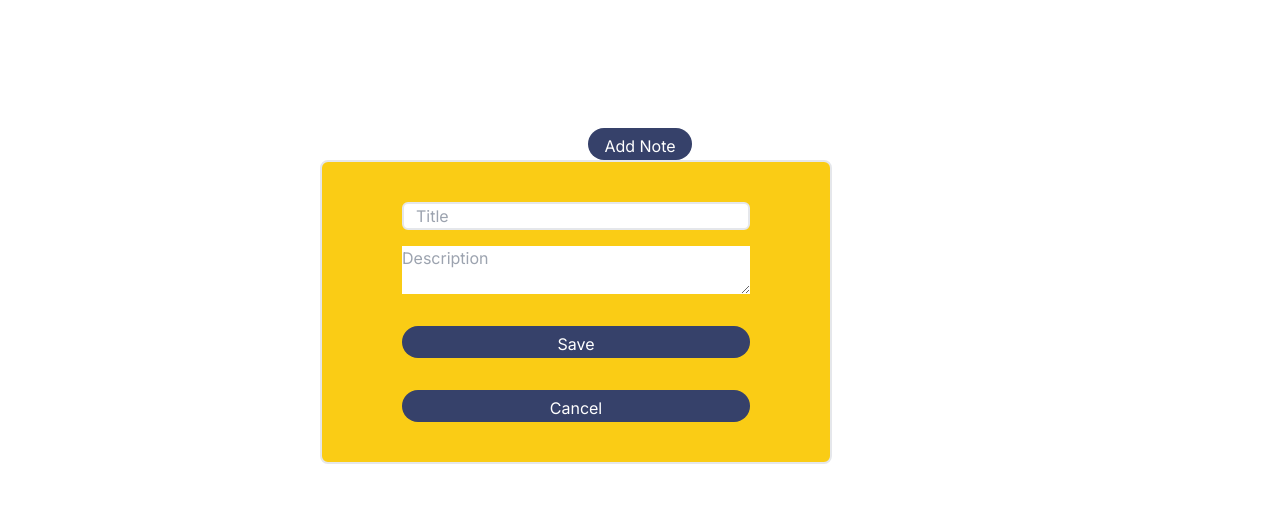
Repository: drumsmanku/next-and-nest-note-taker
Page: / (app in client/), after clicking the first element matching `button.px-4`
The author's editor kept a copy of each file at every save. The page is drawn from the files as they stood at one save, then again after the next save.
The browser window is 1280 px wide. The pictures show the whole page.
The page's requests for data from a server got no answer. The project was rebuilt for these pictures with package versions that can differ from the ones it lists, and the page was loaded fresh each time. The framework's server and built-in components were replaced by stand-ins that run in the browser. No one was signed in, and anything a server would have sent is missing. Also part of the build but not shown: client/next.config.mjs.

Above is the page before, as saved 2024-03-14 12:48:35.

After the next save:
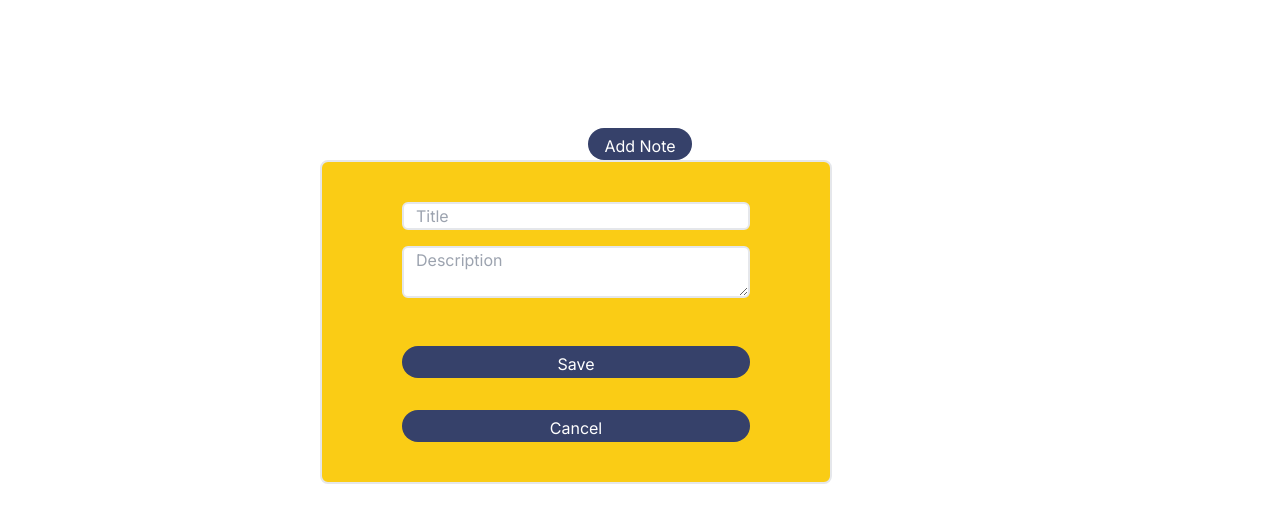
Saved 13 s later.
--- a/client/app/components/NotesComponent.tsx
+++ b/client/app/components/NotesComponent.tsx
@@ -86,6 +86,7 @@ const NotesComponent: React.FC = () => {
               className='mb-4 border-2 rounded-md pl-3'
             />
             <textarea
+              className='mb-4 border-2 rounded-md pl-3'
               placeholder="Description"
               value={newNoteDescription}
               onChange={(e) => setNewNoteDescription(e.target.value)}
